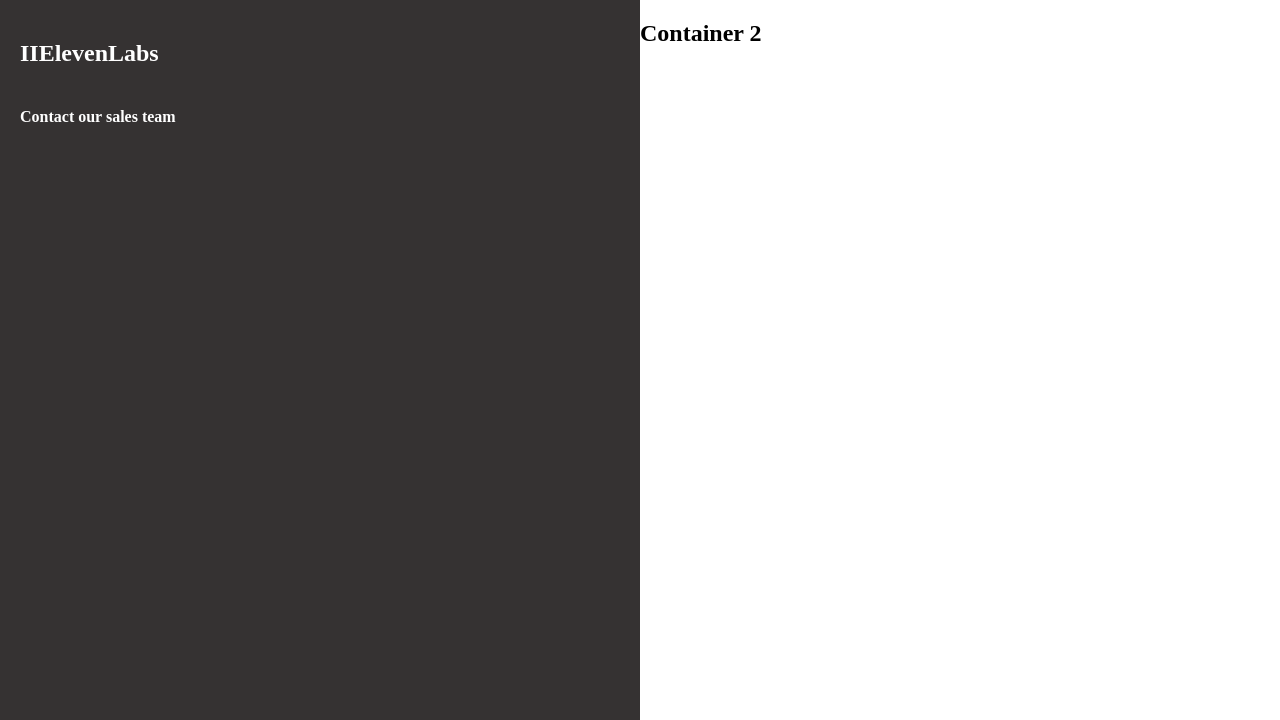
Repository: RohanSai22/harkirat-cohort-learnings
Page: Web/w1_a2.html
These files come from the project's save history. The page is drawn as it stood at one moment and after the next save; the edit follows.
The browser window is 1280 px wide. The pictures show the whole page.

Above is the page before, as saved 2026-03-24 12:04:12.

### Web/w1_a2.html
<html>
    <head>
        <title>Eleven Labs : Sales Page </title>
    </head>
    <body style="margin:0; padding:0">
        <div style ="min-height: 100vh; display: flex;">
            <div style="flex:1;background-color: rgb(53, 50, 50); color: white">
                <div style="display:flex;justify-content: space-between; flex-direction: column; margin: 20px;">
                    <h2>IIElevenLabs</h2>
                    <h4>Contact our sales team</h4>
                </div>
            </div>
            <div style="flex:1;background-color: white;">
                 <h2>Container 2</h2>
            </div>
        </div>
    </body>
</html>

After the next save:
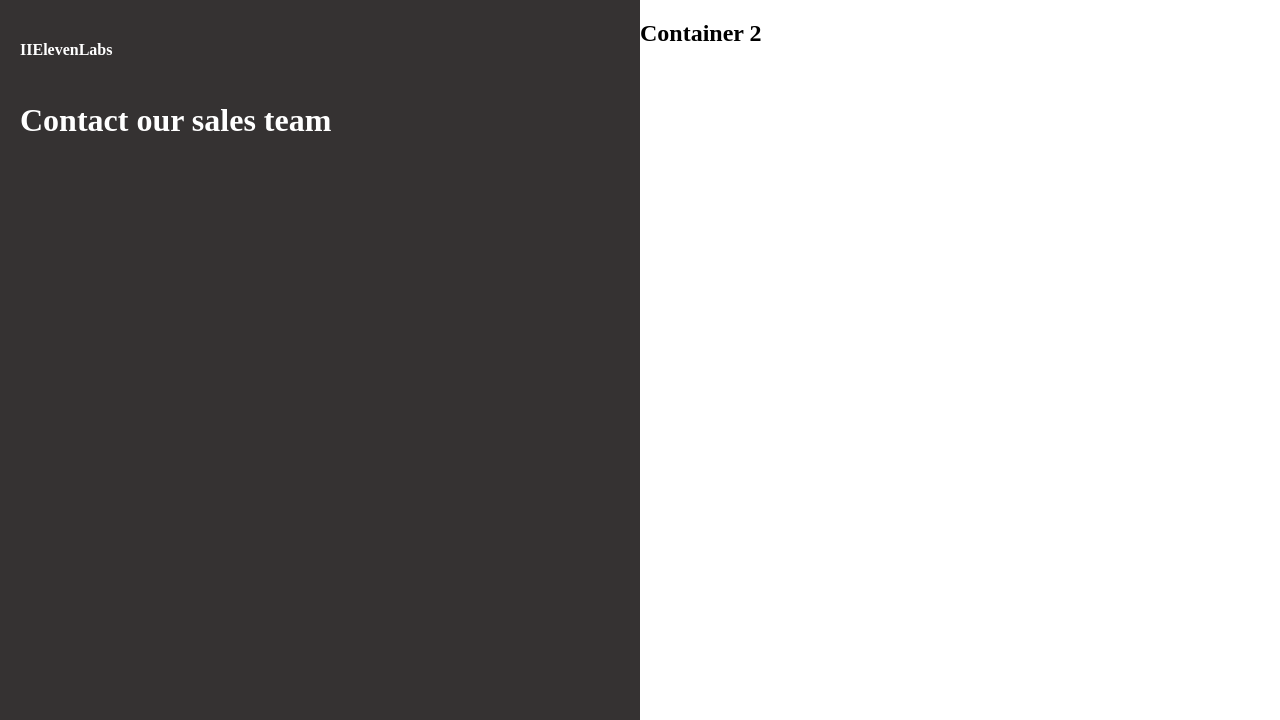
Saved 23 s later.
--- a/Web/w1_a2.html
+++ b/Web/w1_a2.html
@@ -6,8 +6,8 @@
         <div style ="min-height: 100vh; display: flex;">
             <div style="flex:1;background-color: rgb(53, 50, 50); color: white">
                 <div style="display:flex;justify-content: space-between; flex-direction: column; margin: 20px;">
-                    <h2>IIElevenLabs</h2>
-                    <h4>Contact our sales team</h4>
+                    <h4>IIElevenLabs</h4>
+                    <h1>Contact our sales team</h1>
                 </div>
             </div>
             <div style="flex:1;background-color: white;">
